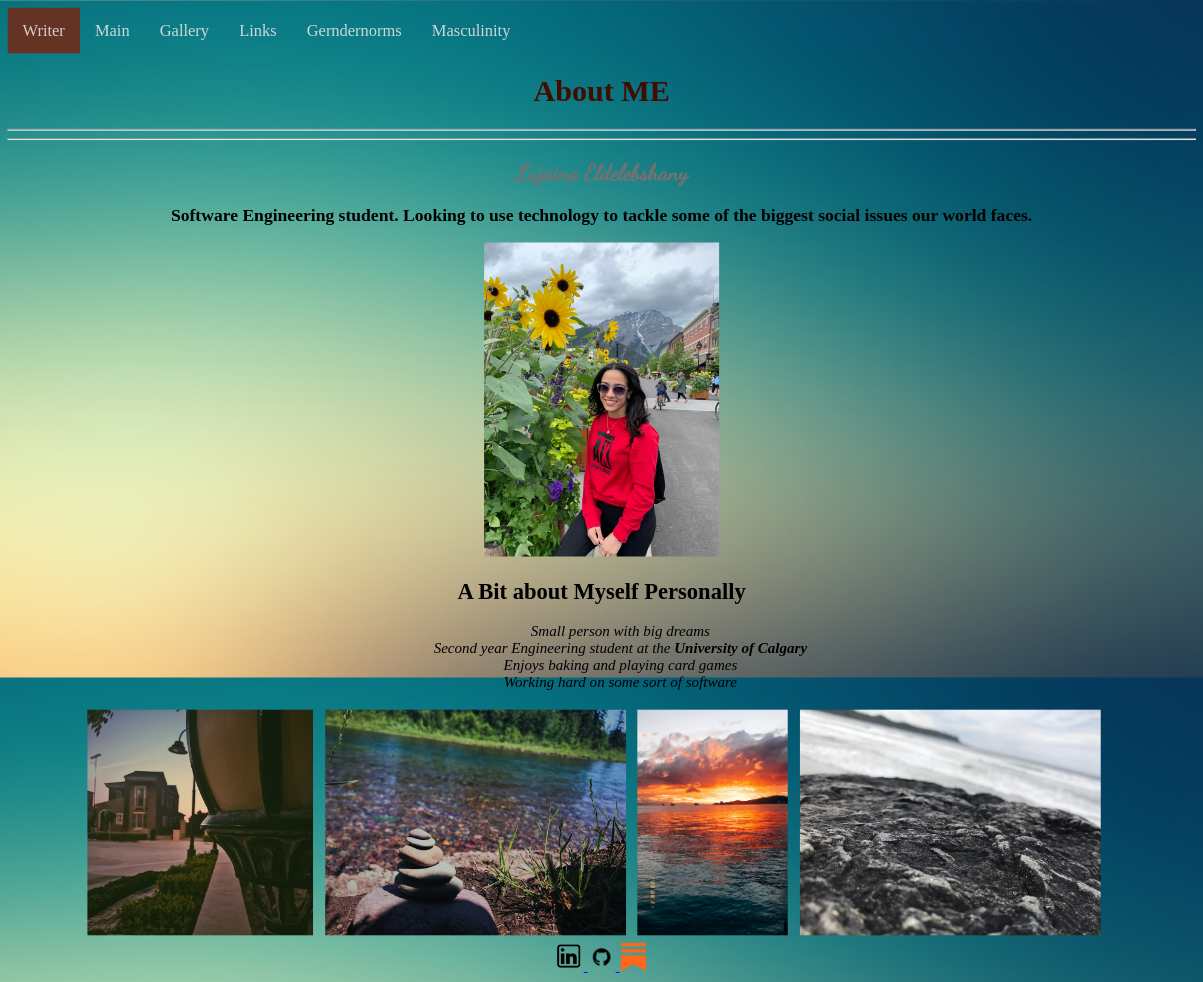
Repository: Lujaina-E/womens-rights-site
Page: founder.html
The author's editor kept a copy of each file at every save. The page is drawn from the files as they stood at one save, then again after the next save.
The browser window is 1280 px wide. The pictures show the whole page, at 94% of full size.
Backgrounds fixed to the window are drawn as part of the page. Some web fonts or font styles are not loaded; a fallback is used.

Above is the page before, as saved 2022-07-25 22:28:42.

### founder.html
<!DOCTYPE html>
<html lang="en">
    <head>
        <style>
            @import url('https://fonts.googleapis.com/css2?family=Akaya+Kanadaka&family=Dancing+Script&display=swap');
        </style>
        <link rel="stylesheet" type="text/css" href="founderStyle.css"/>
        <title>Founder</title


        <link rel="apple-touch-icon-precomposed" sizes="57x57" href="favicon/favicomatic/apple-touch-icon-57x57.png" />
    <link rel="apple-touch-icon-precomposed" sizes="114x114" href="favicon/favicomatic/apple-touch-icon-114x114.png" />
    <link rel="apple-touch-icon-precomposed" sizes="72x72" href="favicon/favicomatic/apple-touch-icon-72x72.png" />
    <link rel="apple-touch-icon-precomposed" sizes="144x144" href="favicon/favicomatic/apple-touch-icon-144x144.png" />
    <link rel="apple-touch-icon-precomposed" sizes="60x60" href="favicon/favicomatic/apple-touch-icon-60x60.png" />
    <link rel="apple-touch-icon-precomposed" sizes="120x120" href="favicon/favicomatic/apple-touch-icon-120x120.png" />
    <link rel="apple-touch-icon-precomposed" sizes="76x76" href="favicon/favicomatic/apple-touch-icon-76x76.png" />
    <link rel="apple-touch-icon-precomposed" sizes="152x152" href="favicon/favicomatic/apple-touch-icon-152x152.png" />
    <link rel="icon" type="image/png" href="favicon/favicomatic/favicon-196x196.png" sizes="196x196" />
    <link rel="icon" type="image/png" href="favicon/favicomatic/favicon-96x96.png" sizes="96x96" />
    <link rel="icon" type="image/png" href="favicon/favicomatic/favicon-32x32.png" sizes="32x32" />
    <link rel="icon" type="image/png" href="favicon/favicomatic/favicon-16x16.png" sizes="16x16" />
    <link rel="icon" type="image/png" href="favicon/favicomatic/favicon-128.png" sizes="128x128" />
    <meta name="application-name" content="Founder"/>
    <meta name="msapplication-TileColor" content="#FFFFFF" />
    <meta name="msapplication-TileImage" content="favicon/favicomatic/mstile-144x144.png" />
    <meta name="msapplication-square70x70logo" content="favicon/favicomatic/mstile-70x70.png" />
    <meta name="msapplication-square150x150logo" content="favicon/favicomatic/mstile-150x150.png" />
    <meta name="msapplication-wide310x150logo" content="favicon/favicomatic/mstile-310x150.png" />
    <meta name="msapplication-square310x310logo" content="favicon/favicomatic/mstile-310x310.png" />
    <link rel="stylesheet" href="https://cdnjs.cloudflare.com/ajax/libs/font-awesome/4.7.0/css/font-awesome.min.css">

    <div class="topnav" id="myTopnav">
        <a href="founder.html" class="active">Writer</a>
        <a href="index.html">Main</a>
        <a href="gallery.html">Gallery</a>
        <a href="links.html">Links</a>
        <a href="gendernorms.html">Gerndernorms</a>
        <a href="masculinity.html">Masculinity</a>
        <a href="javascript:void(0);" class="icon" onclick="myFunction()">
            <i class="fa fa-bars"></i>
        </a>
    </div>

<h1>About ME</h1>
<hr><hr>

<h2 id="MyName"> Lujaina Eldelebshany</h2>
<h3>Software Engineering student. Looking to use technology to tackle some of the biggest social issues our world faces.</h3>
<img id="myPic" src="Pictures/me.jpg" alt="Please stand by as you experience a loading error">
<section>
<h2>A Bit about Myself Personally</h2>
<p><i>
    <ul id="descriptors">
        <li>Small person with big dreams </li>
        <li>Second year Engineering student at the <b>University of Calgary</b></li>
        <li>Enjoys baking and playing card games </li>
        <li>Working hard on some sort of software</li>

    </ul>
</i></p>
</section>

    <img class="photography photo1" src="Pictures/sp1.jpg" alt="A picture of my work. You are experiencing a loading error, please stand by and check connection">
    <img class="photography" src="Pictures/sp2.jpg" alt="Please stand by and check connection">
    <img class="photography" src="Pictures/sp3.jpg" alt="Please stand by and check connection">
    <img class="photography" src="Pictures/sp4.jpg" alt="Please stand by and check connection">


<p style="clear: both; font-size: 16px;"></p>

<section>

<a href="https://www.linkedin.com/in/lujaina-eldelebshany-0029bb1b3/"> <img alt="Pictures/error-code.jpg" src="Pictures/linkedin_logo.png"
         width=30" height="30">
      </a>
<a href="https://github.com/Lujaina-E"> <img alt="Pictures/error-code.jpg" src="Pictures/github.png"
         width=30" height="30">

<a href="https://substack.com/profile/24893981-lujaina-eldelebshany"> <img alt="Pictures/error-code.jpg" src="Pictures/substack_logo.png"
         width=30" height="30">

      </a>

</section>

<!-- Add a section here for an email subscription to my substack -->

    </body>

</html>

### founderStyle.css
            body{
                text-align: center;
                font-family: Times New Roman;
                background-image: url('Pictures/backdrop.jpg');
                background-repeat: no-repeat;
                background-position: center center;
                background-size: cover;
                background-attachment: fixed;
            }

            body > h1 {
                color: #410d00;
            }

            #MyName{
                font-family: 'Dancing Script', cursive;
                color:#727272;
            }

            #myPic{
                width: 250px;
            }

            section > h2{
                color: 727272;
            }

            section > p{
                font-size: 20px;
                color: darkslategray;
            }

            .photography.photo1{
                padding-left: 85px;
                 float: left;
                 height: 15em;
                 margin-right: 1%;
                 margin-bottom: 0.5em;
            }

            .photography{
                float: left;
                height: 15em;
                margin-right: 1%;
                margin-bottom: 0.5em;
            }

            #descriptors{
                list-style-type: none;
            }

            /* navbar styling  */
            .topnav {
                overflow: hidden;
              }

              .topnav a {
                float: left;
                display: block;
                color: rgba(247, 235, 235, 0.829);
                text-align: center;
                padding: 14px 16px;
                text-decoration: none;
                font-size: 17.5px;
              }

              .topnav a:hover {
                color: rgb(88, 26, 26);
              }

              .topnav a.active {
                background-color: #643324;
                color: rgba(247, 235, 235, 0.829);
              }

              .topnav .icon {
                display: none;
              }

                @media screen and (max-width: 600px) {
                    .topnav a:not(:first-child) {display: none;}
                    .topnav a.icon {
                    float: right;
                    display: block;
                    }
                }

                @media screen and (max-width: 600px) {
                    .topnav.responsive {position: relative;}
                    .topnav.responsive a.icon {
                    position: absolute;
                    right: 0;
                    top: 0;
                    }
                    .topnav.responsive a {
                    float: none;
                    display: block;
                    text-align: left;
                    }
                }

After the next save:
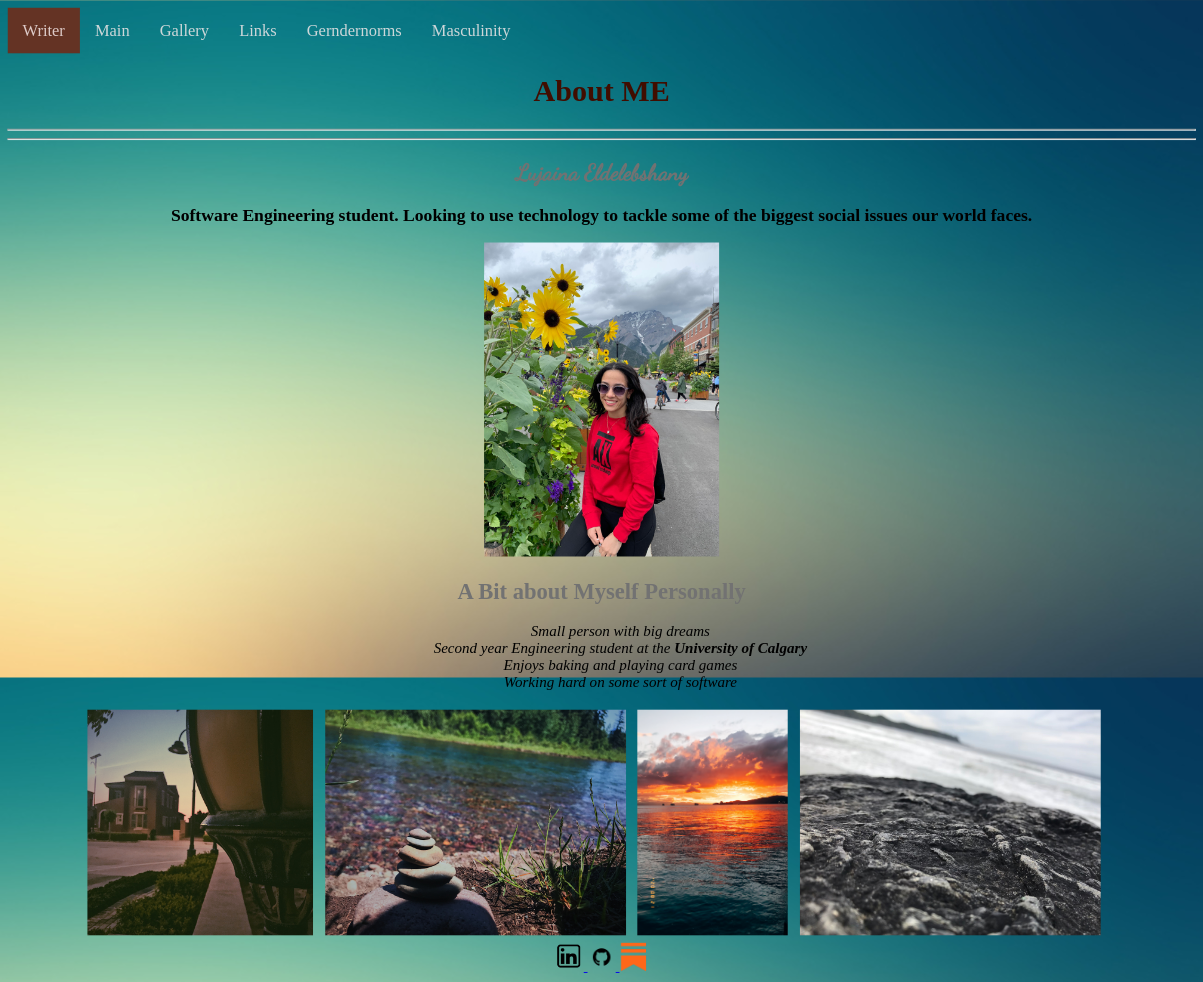
Saved 4 s later.
--- a/founderStyle.css
+++ b/founderStyle.css
@@ -22,7 +22,7 @@
             }
 
             section > h2{
-                color: 727272;
+                color: #727272;
             }
 
             section > p{
